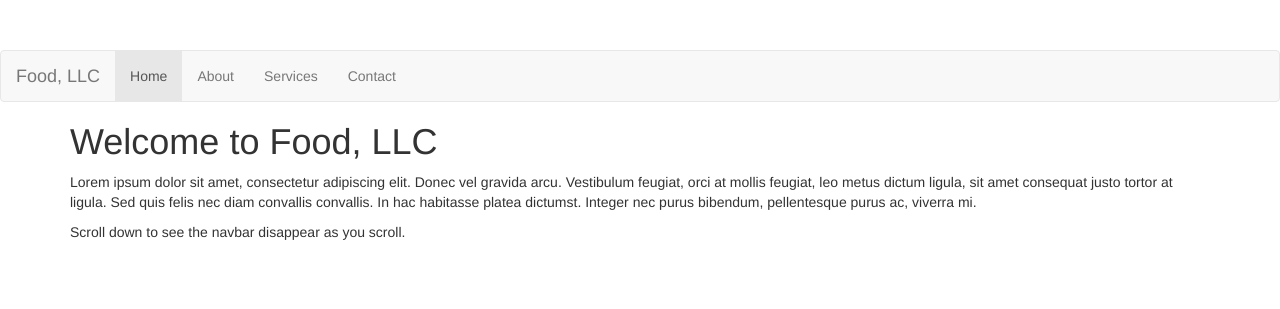
Repository: imen-chabchoub/coursera-test1
Page: mod3-solution/index.html
The author's editor kept a copy of each file at every save. The page is drawn from the files as they stood at one save, then again after the next save.
The browser window is 1280 px wide. The pictures show the whole page.

Above is the page before, as saved 2025-02-12 14:17:34.

After the next save:
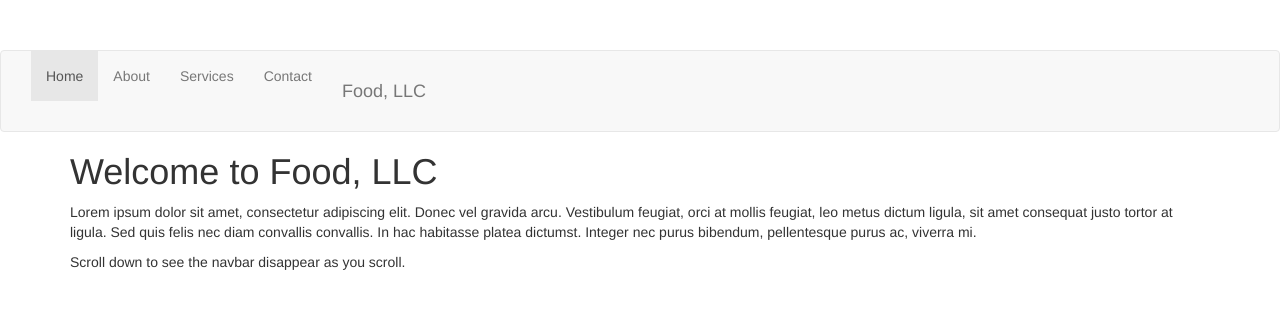
Saved 4 min 48 s later.
--- a/mod3-solution/index.html
+++ b/mod3-solution/index.html
@@ -19,7 +19,6 @@
                     <span class="icon-bar"></span>
                     <span class="icon-bar"></span>
                 </button>
-                <a class="navbar-brand" href="#">Food, LLC</a>
             </div>
 
             <!-- Collect the nav links, forms, and other content for toggling -->
@@ -30,6 +29,9 @@
                     <li><a href="#">Services</a></li>
                     <li><a href="#">Contact</a></li>
                 </ul>
+                <div class="navbar-text">
+                    <a class="navbar-brand" href="#">Food, LLC</a>
+                </div>
             </div><!-- /.navbar-collapse -->
         </div><!-- /.container-fluid -->
     </nav>
